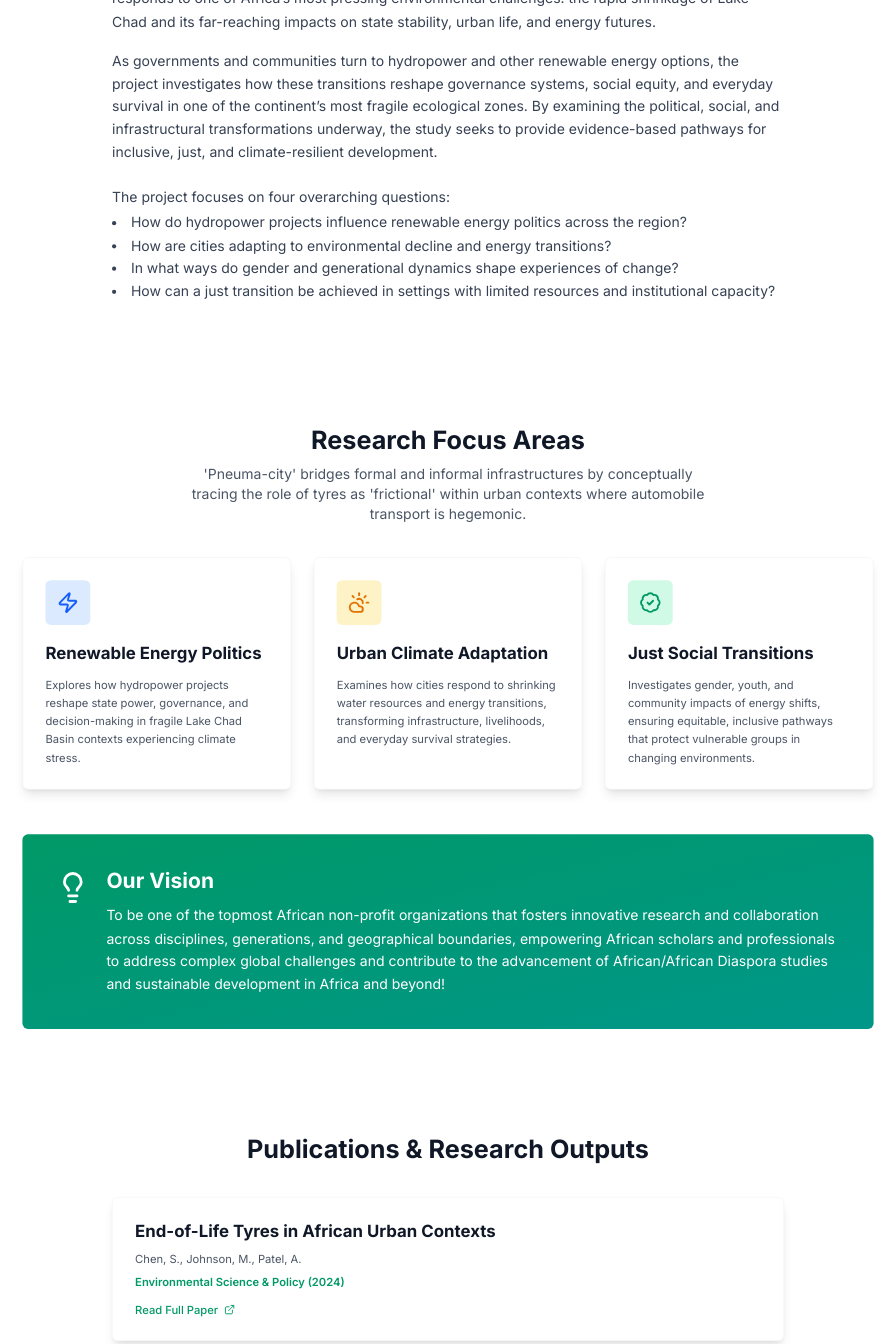
Repository: tiossdav/codesria
Page: /
These files come from the project's save history. The page is drawn as it stood at one moment and after the next save; the edit follows.
The browser window is 1280 px wide. The pictures show the part of the page from y = 1027 to 2947 px (the page is 5119 px tall), at 70% of full size.
The project was rebuilt for these pictures with package versions that can differ from the ones it lists, and the page was loaded fresh each time. Also part of the build but not shown: vite.config.ts.

Above is the page before, as saved 2025-11-19 20:31:01.

### index.html
<!DOCTYPE html>
<html lang="en">
  <head>
    <meta charset="UTF-8" />
    <link rel="icon" type="image/svg+xml" href="/vite.svg" />
    <link href="/src/App.css" rel="stylesheet" />
    <link rel="preconnect" href="https://fonts.googleapis.com" />
    <link rel="preconnect" href="https://fonts.gstatic.com" crossorigin />
    <link
      href="https://fonts.googleapis.com/css2?family=Caveat:wght@400..700&family=Inter:ital,opsz,wght@0,14..32,100..900;1,14..32,100..900&family=Lobster&family=Raleway:ital,wght@0,100..900;1,100..900&display=swap"
      rel="stylesheet"
    />
    <meta name="viewport" content="width=device-width, initial-scale=1.0" />
    <title>codesria</title>
  </head>
  <body>
    <div id="root"></div>
    <script type="module" src="/src/main.tsx"></script>
  </body>
</html>

### src/App.css
@import "tailwindcss";

@theme {
  --font-inter: "Inter", sans-serif;
  --font-caveat: "Caveat", cursive;
  --font-lobster: "Lobster", cursive;
  --font-raleway: "Raleway", sans-serif;
}

### src/App.tsx
import { Route, Switch } from "wouter";
import Header from "./components/layout/Header";
import Footer from "./components/layout/Footer";
import Home from "./pages/Home";
import About from "./pages/About";
import Research from "./pages/Research";
import Team from "./pages/Team";
import Publications from "./pages/Publications";
import Contact from "./pages/Contact";

export default function App() {
  return (
    <div className="min-h-screen bg-white flex flex-col">
      <Header />

      <div className="flex-1">
        <Switch>
          <Route path="/" component={Home} />
          <Route path="/obj" component={About} />
          <Route path="/research" component={Research} />
          <Route path="/team" component={Team} />
          <Route path="/publications" component={Publications} />
          <Route path="/contact" component={Contact} />

          {/* 404 Route */}
          <Route>
            <div className="min-h-screen flex items-center justify-center">
              <div className="text-center">
                <h1 className="text-4xl font-bold text-gray-900 mb-4">404</h1>
                <p className="text-gray-600">Page not found</p>
              </div>
            </div>
          </Route>
        </Switch>
      </div>

      <Footer />
    </div>
  );
}

### src/components/layout/Header.tsx
import { useState } from "react";
import { Link, useLocation } from "wouter";
import { Menu, X } from "lucide-react";

type NavLink = {
  title: string;
  href: string;
};

const navlinks: NavLink[] = [
  { title: "Home", href: "/" },
  { title: "Aim & Objectives", href: "/obj" },
  { title: "Research", href: "/research" },
  { title: "Team", href: "/team" },
  { title: "Publications", href: "/publications" },
  { title: "Contact", href: "/contact" },
];

export default function Header() {
  const [location] = useLocation();
  const [open, setOpen] = useState(false);

  return (
    <nav className="bg-white shadow-sm fixed w-full top-0 z-50 border-b border-gray-200">
      <div className="max-w-7xl mx-auto px-4 sm:px-6 lg:px-4">
        <div className="flex justify-between items-center h-20">
          {/* Logo */}
          <Link href="/">
            <span className="font-caveat text-3xl text-gray-900 font-bold cursor-pointer">
              JustEnergyAfrica
            </span>
          </Link>

          {/* Desktop Menu */}
          <div className="hidden md:flex items-center font-inter space-x-8">
            {navlinks.map((nav, index) => (
              <Link
                key={index}
                href={nav.href}
                className={`text-[16px] font-medium transition-colors ${
                  location === nav.href
                    ? "text-slate-900"
                    : "text-slate-600 hover:text-slate-900"
                }`}
              >
                {nav.title}
              </Link>
            ))}
          </div>

          {/* Mobile Menu Button */}
          <button
            className="md:hidden p-2 rounded-md focus:outline-none"
            onClick={() => setOpen(!open)}
          >
            {open ? <X className="w-6 h-6" /> : <Menu className="w-6 h-6" />}
          </button>
        </div>
      </div>

      {/* Mobile Dropdown */}
      {open && (
        <div className="md:hidden bg-white border-t border-gray-200 shadow-sm font-inter">
          <ul className="flex flex-col p-4 space-y-4">
            {navlinks.map((nav, index) => (
              <Link
                key={index}
                href={nav.href}
                onClick={() => setOpen(false)}
                className={`text-[16px] font-medium ${
                  location === nav.href
                    ? "text-slate-900"
                    : "text-slate-600 hover:text-slate-900"
                }`}
              >
                {nav.title}
              </Link>
            ))}
          </ul>
        </div>
      )}
    </nav>
  );
}

### src/components/layout/Footer.tsx
function Footer() {
  return (
    <footer className="bg-gray-900 text-white py-12 mt-20">
      <div className="max-w-7xl mx-auto px-4 sm:px-6 lg:px-8">
        <div className="text-center mb-6">
          <p className="text-gray-300 mb-2">Funded by the British Academy</p>
          <p className="text-gray-400 text-sm">
            Part of the GCRF 'Urban Infrastructures of Well-Being' research
            programme
          </p>
        </div>
        <div className="text-center pt-6 border-t border-gray-700">
          <p className="text-gray-400">
            © 2024 Pneuma-City Research Project. All rights reserved.
          </p>
        </div>
      </div>
    </footer>
  );
}

export default Footer;

### src/pages/Home.tsx
import { useLocation } from "wouter";
import power from "../assets/power.jpg";
import About from "./About";
import Research from "./Research";
import Publications from "./Publications";
import Team from "./Team";
import Contact from "./Contact";

export default function Home() {
  const [, setLocation] = useLocation();

  return (
    <>
      {/* Hero Section */}
      <div className="relative h-screen mt-20 font-inter">
        <div className="absolute inset-0">
          <img
            src={power}
            alt="Urban African street"
            className="w-full h-full object-cover"
          />
          <div className="absolute inset-0 bg-black opacity-50"></div>
        </div>

        <div className="relative h-full flex items-center px-4">
          <div className="max-w-7xl mx-auto w-full">
            <div className="max-w-3xl">
              <h1 className="text-4xl md:text-5xl font-bold text-white mb-6 leading-tight">
                Hydro-Power S(hr)inking State: Renewable energy in Lake Chad
              </h1>
              <p className="text-xl md:text-2xl text-gray-100 mb-8 leading-relaxed">
                This research explores Lake Chad’s environmental crisis,
                analyzing hydropower, urban adaptation, gender equity, and just
                transition through comparative, mixed-method studies across Chad
                and Nigeria to inform inclusive, sustainable governance and
                development.
              </p>
              <div className="flex flex-col sm:flex-row gap-4">
                <button
                  onClick={() => setLocation("/obj")}
                  className="bg-emerald-600 hover:bg-emerald-700 text-white px-8 py-4 rounded-md font-semibold text-lg transition-colors"
                >
                  Learn More
                </button>
                <button
                  onClick={() => setLocation("/research")}
                  className="bg-white/10 backdrop-blur-sm hover:bg-white/20 border-2 border-white text-white px-8 py-4 rounded-md font-semibold text-lg transition-all"
                >
                  Our Research
                </button>
              </div>
            </div>
          </div>
        </div>
      </div>

      {/* All Sections Below Hero */}
      <About />
      <Research />
      <Publications />
      <Team />
      <Contact />
    </>
  );
}

### src/pages/About.tsx
function About() {
  return (
    <div className="max-w-5xl mx-auto mt-8 px-4 sm:px-6 lg:px-8 py-10 font-inter">
      <h2 className="text-4xl font-bold text-gray-900 mb-8">About</h2>
      <div className="prose prose-lg max-w-none">
        <p className="text-xl text-gray-700 leading-relaxed mb-6">
          Hydro Power, S(hr)inking States? Politics of Renewable Energy, Just
          Transitions and Urban Sustainability in the Lake Chad Basin is a
          collaborative, transdisciplinary research initiative that responds to
          one of Africa’s most pressing environmental challenges: the rapid
          shrinkage of Lake Chad and its far-reaching impacts on state
          stability, urban life, and energy futures.
        </p>
        <p className="text-xl text-gray-700 leading-relaxed mb-8">
          As governments and communities turn to hydropower and other renewable
          energy options, the project investigates how these transitions reshape
          governance systems, social equity, and everyday survival in one of the
          continent’s most fragile ecological zones. By examining the political,
          social, and infrastructural transformations underway, the study seeks
          to provide evidence-based pathways for inclusive, just, and
          climate-resilient development.
        </p>
        <p className="text-xl text-gray-700 leading-relaxed mb-1">
          The project focuses on four overarching questions:
        </p>
        <ul className="list-disc list-inside mb-6 text-xl text-gray-700 leading-relaxed ">
          <li>
            How do hydropower projects influence renewable energy politics
            across the region?
          </li>
          <li>
            How are cities adapting to environmental decline and energy
            transitions?
          </li>
          <li>
            In what ways do gender and generational dynamics shape experiences
            of change?
          </li>
          <li>
            How can a just transition be achieved in settings with limited
            resources and institutional capacity?
          </li>
        </ul>

        {/* <div className="bg-emerald-50 border-l-4 border-emerald-600 p-6 my-8">
          <p className="text-gray-800 italic">
            This project is funded by the British Academy and is part of the
            wider GCRF 'Urban Infrastructures of Well-Being' research programme.
          </p>
        </div> */}
      </div>
    </div>
  );
}

export default About;

### src/pages/Research.tsx
import {
  BadgeCheck,
  CloudSun,
  Globe,
  Lightbulb,
  Recycle,
  Users,
  Zap,
} from "lucide-react";

function Research() {
  return (
    <div className="max-w-7xl mx-auto mt-8 px-4 sm:px-6 lg:px-8 py-20 font-inter">
      <h2 className="text-4xl font-bold text-gray-900 mb-4 text-center">
        Research Focus Areas
      </h2>
      <p className="text-xl text-gray-600 mb-12 text-center max-w-3xl mx-auto">
        'Pneuma-city' bridges formal and informal infrastructures by
        conceptually tracing the role of tyres as 'frictional' within urban
        contexts where automobile transport is hegemonic.
      </p>

      <div className="grid md:grid-cols-3 gap-8 mb-16">
        <div className="bg-white p-8 rounded-lg shadow-lg border border-gray-100 hover:shadow-xl transition-shadow">
          <div className="bg-blue-100 w-16 h-16 rounded-lg flex items-center justify-center mb-6">
            <Zap className="h-8 w-8 text-blue-600" />
          </div>
          <h3 className="text-2xl font-bold text-gray-900 mb-4">
            Renewable Energy Politics
          </h3>
          <p className="text-gray-600 leading-relaxed">
            Explores how hydropower projects reshape state power, governance,
            and decision-making in fragile Lake Chad Basin contexts experiencing
            climate stress.
          </p>
        </div>

        <div className="bg-white p-8 rounded-lg shadow-lg border border-gray-100 hover:shadow-xl transition-shadow">
          <div className="bg-amber-100 w-16 h-16 rounded-lg flex items-center justify-center mb-6">
            <CloudSun className="h-8 w-8 text-amber-600" />
          </div>
          <h3 className="text-2xl font-bold text-gray-900 mb-4">
            Urban Climate Adaptation
          </h3>
          <p className="text-gray-600 leading-relaxed">
            Examines how cities respond to shrinking water resources and energy
            transitions, transforming infrastructure, livelihoods, and everyday
            survival strategies.
          </p>
        </div>

        <div className="bg-white p-8 rounded-lg shadow-lg border border-gray-100 hover:shadow-xl transition-shadow">
          <div className="bg-emerald-100 w-16 h-16 rounded-lg flex items-center justify-center mb-6">
            <BadgeCheck className="h-8 w-8 text-emerald-600" />
          </div>
          <h3 className="text-2xl font-bold text-gray-900 mb-4">
            Just Social Transitions
          </h3>
          <p className="text-gray-600 leading-relaxed">
            Investigates gender, youth, and community impacts of energy shifts,
            ensuring equitable, inclusive pathways that protect vulnerable
            groups in changing environments.
          </p>
        </div>
      </div>

      <div className="bg-linear-to-br from-emerald-600 to-teal-600 rounded-lg p-12 text-white">
        <div className="flex items-start">
          <Lightbulb className="h-12 w-12 mr-6 shrink-0 mt-1" />
          <div>
            <h3 className="text-3xl font-bold mb-4">Our Vision</h3>
            <p className="text-xl leading-relaxed">
              To be one of the topmost African non-profit organizations that
              fosters innovative research and collaboration across disciplines,
              generations, and geographical boundaries, empowering African
              scholars and professionals to address complex global challenges
              and contribute to the advancement of African/African Diaspora
              studies and sustainable development in Africa and beyond!
            </p>
          </div>
        </div>
      </div>
    </div>
  );
}

export default Research;

### src/pages/Team.tsx
const teamMembers = [
  {
    name: "Dr. Sarah Chen",
    role: "Principal Investigator",
    image:
      "https://images.unsplash.com/photo-1573496359142-b8d87734a5a2?w=400&h=400&fit=crop",
    bio: "Expert in sustainable urban development and environmental engineering",
  },
  {
    name: "Dr. Marcus Johnson",
    role: "Co-Investigator",
    image:
      "https://images.unsplash.com/photo-1560250097-0b93528c311a?w=400&h=400&fit=crop",
    bio: "Specializes in social sciences and informal economies research",
  },
  {
    name: "Dr. Aisha Patel",
    role: "Research Fellow",
    image:
      "https://images.unsplash.com/photo-1580489944761-15a19d654956?w=400&h=400&fit=crop",
    bio: "Focus on gender studies and urban livelihoods",
  },
  {
    name: "Alex Rivera",
    role: "Research Assistant",
    image:
      "https://images.unsplash.com/photo-1519345182560-3f2917c472ef?w=400&h=400&fit=crop",
    bio: "Researching circular economy models and waste management systems",
  },
];

function Team() {
  return (
    <div className="max-w-7xl mx-auto mt-8 px-4 sm:px-6 lg:px-8 py-10 font-inter">
      <h2 className="text-4xl font-bold text-gray-900 mb-4 text-center">
        Meet Our Team
      </h2>
      {/* <p className="text-xl text-gray-600 mb-12 text-center max-w-3xl mx-auto">
        Our interdisciplinary team combines expertise from engineering, social
        sciences, gender studies, and environmental sustainability
      </p> */}
      <div className="grid md:grid-cols-2 lg:grid-cols-4 gap-8">
        {teamMembers.map((member, index) => (
          <div
            key={index}
            className="bg-white rounded-lg shadow-lg overflow-hidden border border-gray-100 hover:shadow-xl transition-shadow"
          >
            <img
              src={member.image}
              alt={member.name}
              className="w-full h-64 object-cover"
            />
            <div className="p-6">
              <h3 className="text-xl font-bold text-gray-900 mb-1">
                {member.name}
              </h3>
              <p className="text-emerald-600 font-semibold mb-3">
                {member.role}
              </p>
              <p className="text-gray-600 text-sm leading-relaxed">
                {member.bio}
              </p>
            </div>
          </div>
        ))}
      </div>
    </div>
  );
}

export default Team;

### src/pages/Publications.tsx
import { ExternalLink } from "lucide-react";

const publications = [
  {
    title: "End-of-Life Tyres in African Urban Contexts",
    authors: "Chen, S., Johnson, M., Patel, A.",
    journal: "Environmental Science & Policy",
    year: "2024",
    link: "#",
  },
  {
    title: "Gendered Informal Economies: Tyre Repair Work in Lagos",
    authors: "Patel, A., Johnson, M., Chen, S.",
    journal: "Urban Studies",
    year: "2024",
    link: "#",
  },
  {
    title: "Circular Economy Solutions for Urban Waste",
    authors: "Chen, S., Rivera, A.",
    journal: "Sustainability Journal",
    year: "2023",
    link: "#",
  },
];

function Publications() {
  return (
    <div className="max-w-5xl mx-auto mt-8 px-4 sm:px-6 lg:px-8 py-10 font-inter">
      <h2 className="text-4xl font-bold text-gray-900 mb-12 text-center">
        Publications & Research Outputs
      </h2>
      <div className="space-y-6">
        {publications.map((pub, index) => (
          <div
            key={index}
            className="bg-white p-8 rounded-lg shadow-lg border border-gray-100 hover:shadow-xl transition-shadow"
          >
            <h3 className="text-2xl font-bold text-gray-900 mb-3">
              {pub.title}
            </h3>
            <p className="text-gray-600 mb-2">{pub.authors}</p>
            <p className="text-emerald-600 font-semibold mb-4">
              {pub.journal} ({pub.year})
            </p>
            <a
              href={pub.link}
              className="inline-flex items-center text-emerald-600 hover:text-emerald-700 font-medium"
            >
              Read Full Paper <ExternalLink className="ml-2 h-4 w-4" />
            </a>
          </div>
        ))}
      </div>
    </div>
  );
}

export default Publications;

### src/pages/Contact.tsx
import { Mail, Target } from "lucide-react";

function Contact() {
  return (
    <div className="max-w-3xl mx-auto mt-8 px-4 sm:px-6 lg:px-8 py-10 font-inter">
      <h2 className="text-4xl font-bold text-gray-900 mb-4 text-center">
        Get Involved
      </h2>
      <p className="text-xl text-gray-600 mb-12 text-center">
        Interested in collaborating or learning more about our work? We welcome
        inquiries from researchers, practitioners, and community organizations.
      </p>
      <div className="bg-white p-10 rounded-lg shadow-lg border border-gray-100">
        <div className="space-y-8">
          <div className="flex items-start">
            <Mail className="h-6 w-6 text-emerald-600 mt-1 mr-4 shrink-0" />
            <div>
              <h3 className="font-bold text-gray-900 mb-2 text-lg">Email Us</h3>
              <p className="text-gray-600">graduateresearchclinic@gmail.com</p>
            </div>
          </div>

          <div className="flex items-start">
            <Target className="h-6 w-6 text-emerald-600 mt-1 mr-4 shrink-0" />
            <div>
              <h3 className="font-bold text-gray-900 mb-2 text-lg">
                Research Location
              </h3>
              <p className="text-gray-600">Ibadan, Nigeria.</p>
            </div>
          </div>

          <div className="pt-6 border-t border-gray-200">
            <h3 className="font-bold text-gray-900 mb-4 text-lg">
              Collaboration Opportunities
            </h3>
            <p className="text-gray-600 mb-6 leading-relaxed">
              We're open to partnerships with academic institutions, NGOs,
              government agencies, and community organizations working on
              sustainable urban development and circular economy initiatives.
            </p>
            <button className="w-full bg-emerald-600 hover:bg-emerald-700 text-white px-6 py-4 rounded-md font-semibold transition-colors">
              Send Inquiry
            </button>
          </div>
        </div>
      </div>
    </div>
  );
}

export default Contact;

Loaded but not shown: src/main.tsx (common file)

After the next save:
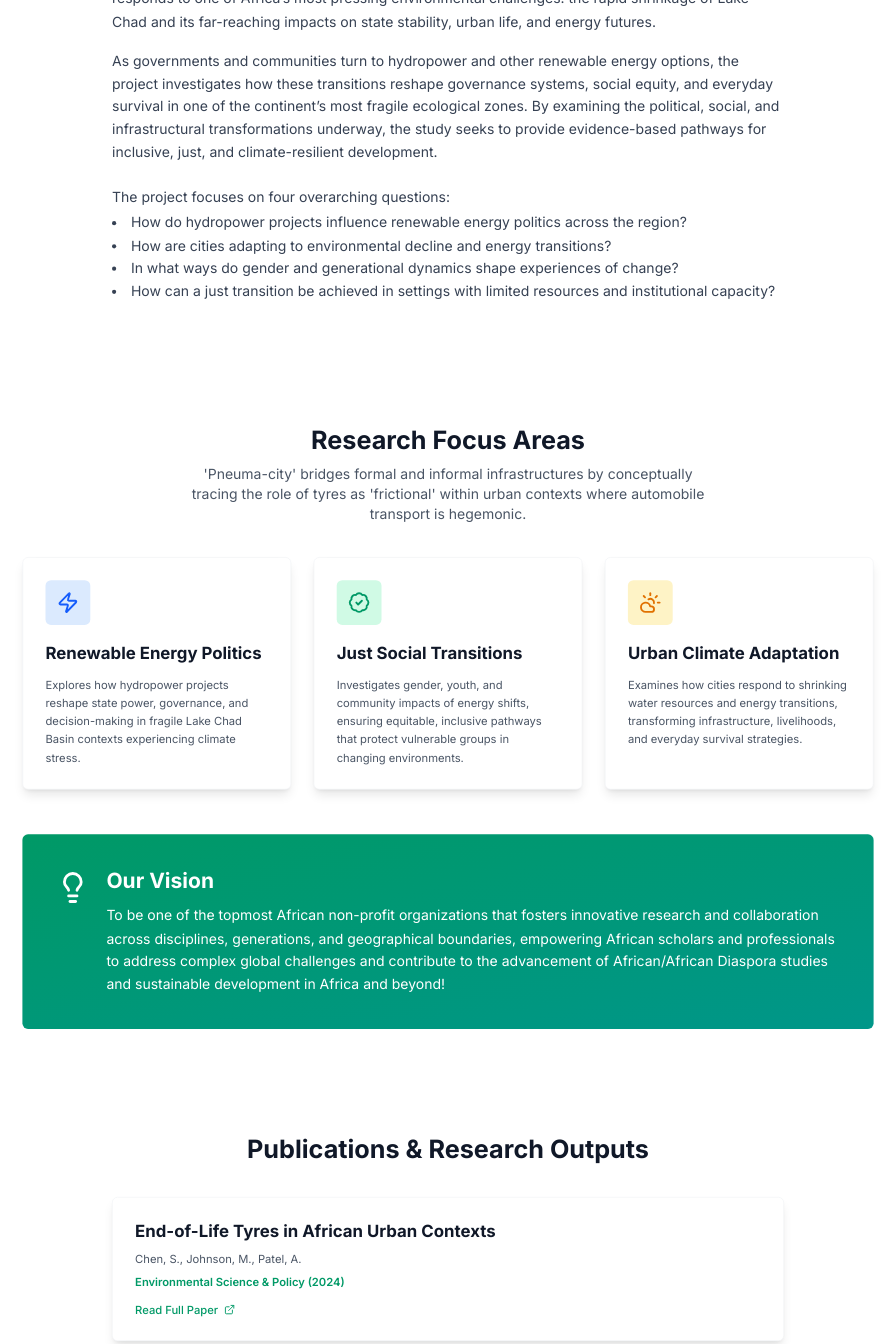
Saved 32 s later.
--- a/src/pages/Research.tsx
+++ b/src/pages/Research.tsx
@@ -36,6 +36,20 @@ function Research() {
         </div>
 
         <div className="bg-white p-8 rounded-lg shadow-lg border border-gray-100 hover:shadow-xl transition-shadow">
+          <div className="bg-emerald-100 w-16 h-16 rounded-lg flex items-center justify-center mb-6">
+            <BadgeCheck className="h-8 w-8 text-emerald-600" />
+          </div>
+          <h3 className="text-2xl font-bold text-gray-900 mb-4">
+            Just Social Transitions
+          </h3>
+          <p className="text-gray-600 leading-relaxed">
+            Investigates gender, youth, and community impacts of energy shifts,
+            ensuring equitable, inclusive pathways that protect vulnerable
+            groups in changing environments.
+          </p>
+        </div>
+
+        <div className="bg-white p-8 rounded-lg shadow-lg border border-gray-100 hover:shadow-xl transition-shadow">
           <div className="bg-amber-100 w-16 h-16 rounded-lg flex items-center justify-center mb-6">
             <CloudSun className="h-8 w-8 text-amber-600" />
           </div>
@@ -46,20 +60,6 @@ function Research() {
             Examines how cities respond to shrinking water resources and energy
             transitions, transforming infrastructure, livelihoods, and everyday
             survival strategies.
-          </p>
-        </div>
-
-        <div className="bg-white p-8 rounded-lg shadow-lg border border-gray-100 hover:shadow-xl transition-shadow">
-          <div className="bg-emerald-100 w-16 h-16 rounded-lg flex items-center justify-center mb-6">
-            <BadgeCheck className="h-8 w-8 text-emerald-600" />
-          </div>
-          <h3 className="text-2xl font-bold text-gray-900 mb-4">
-            Just Social Transitions
-          </h3>
-          <p className="text-gray-600 leading-relaxed">
-            Investigates gender, youth, and community impacts of energy shifts,
-            ensuring equitable, inclusive pathways that protect vulnerable
-            groups in changing environments.
           </p>
         </div>
       </div>
